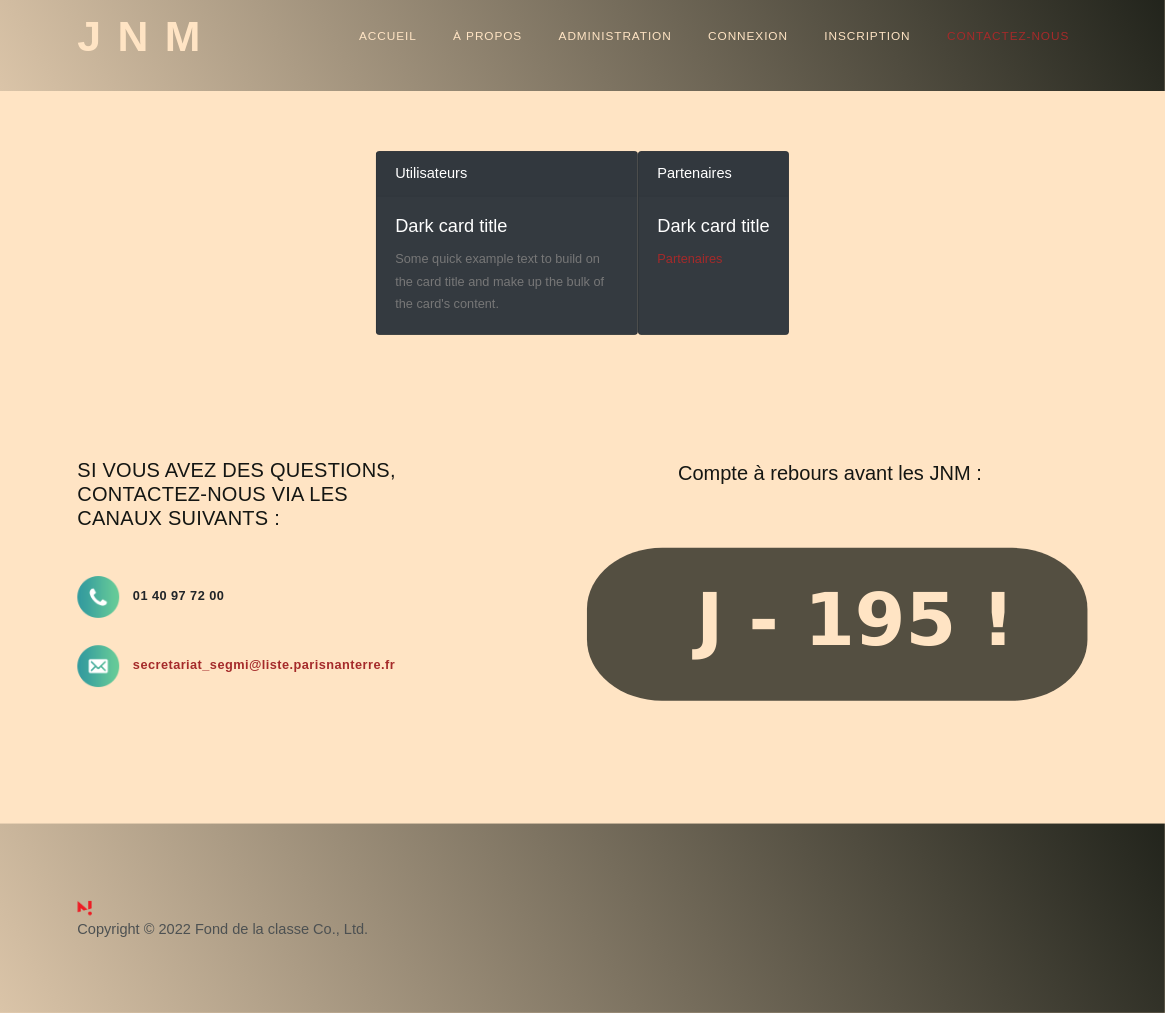
Repository: RiadNadri/ProjetWeb2022
Page: templates/Admin/admin.html.twig
These files come from the project's save history. The page is drawn as it stood at one moment and after the next save; the edit follows.
The browser window is 1280 px wide. The pictures show the whole page, at 91% of full size.
Some web fonts or font styles are not loaded; a fallback is used. The page is a Twig template of a Symfony application; nobody is signed in and links lead nowhere. The template is opened directly, without the code that normally fills it, so the values that code supplies are empty.

Above is the page before, as saved 2022-12-24 17:28:45.

After the next save:
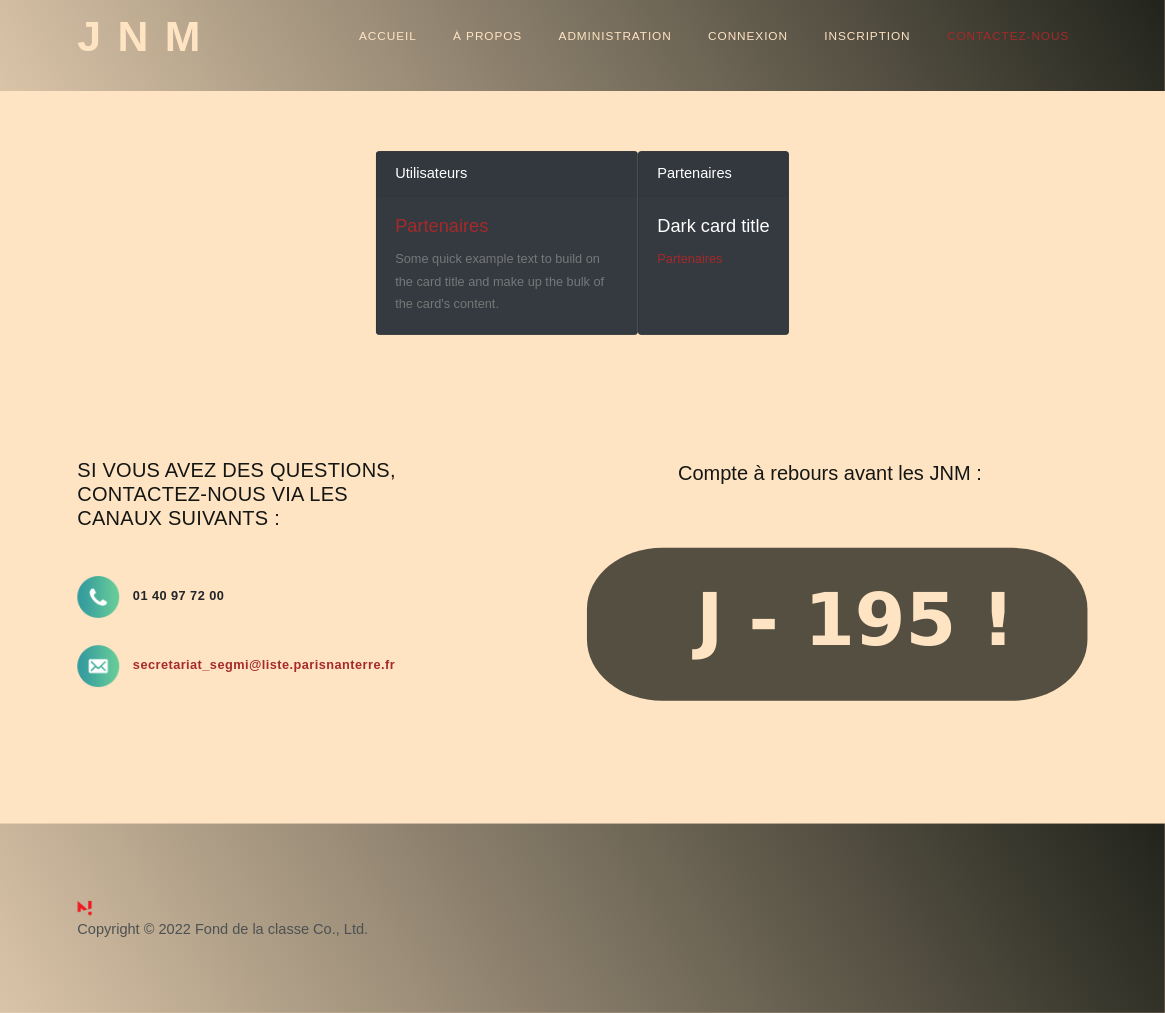
Saved 22 s later.
--- a/templates/Admin/admin.html.twig
+++ b/templates/Admin/admin.html.twig
@@ -30,7 +30,7 @@
     <div class="card text-white bg-dark mb-3" style="max-width: 18rem;">
     <div class="card-header">Utilisateurs</div>
     <div class="card-body">
-        <h5 class="card-title">Dark card title</h5>
+        <h5 class="card-title"><a  href="{{path('app_partenaire')}}">Partenaires</a></h5>
         <p class="card-text">Some quick example text to build on the card title and make up the bulk of the card's content.</p>
     </div>
     </div>
